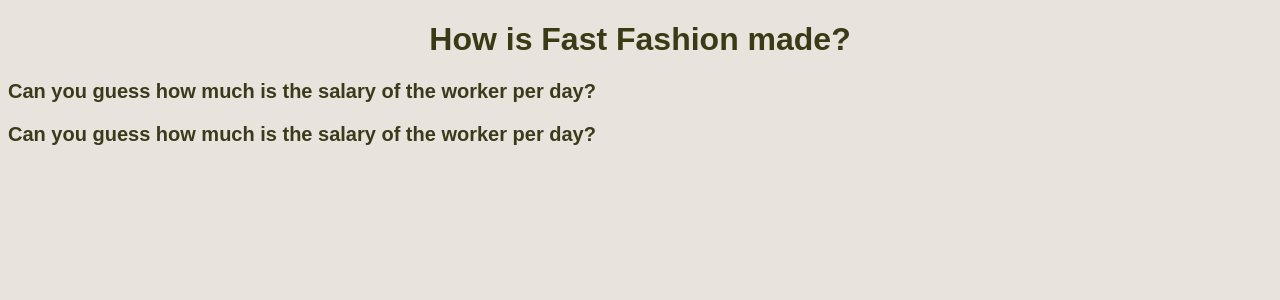
Repository: DevOfHockey/mdia-2190-midterm
Page: fashionlabor.html
These files come from the project's save history. The page is drawn as it stood at one moment and after the next save; the edit follows.
The browser window is 1280 px wide. The pictures show the whole page.

Above is the page before, as saved 2022-03-01 12:50:23.

After the next save:
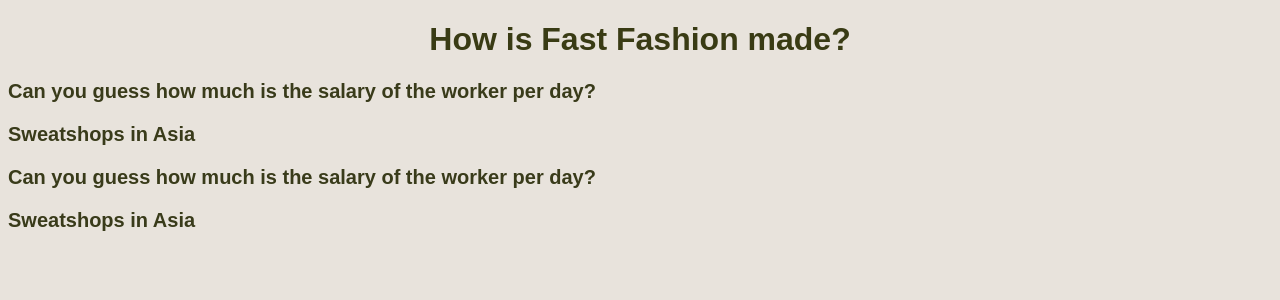
Saved 39 s later.
--- a/comps/infobox.js
+++ b/comps/infobox.js
@@ -5,6 +5,7 @@ var template_info = document.createElement("template"); //<template> </template>
 template_info.innerHTML = `
 <div class = "info">
 <p> Can you guess how much is the salary of the worker per day? </p>
+<p> Sweatshops in Asia </p>
 </div>
 
 <style>
